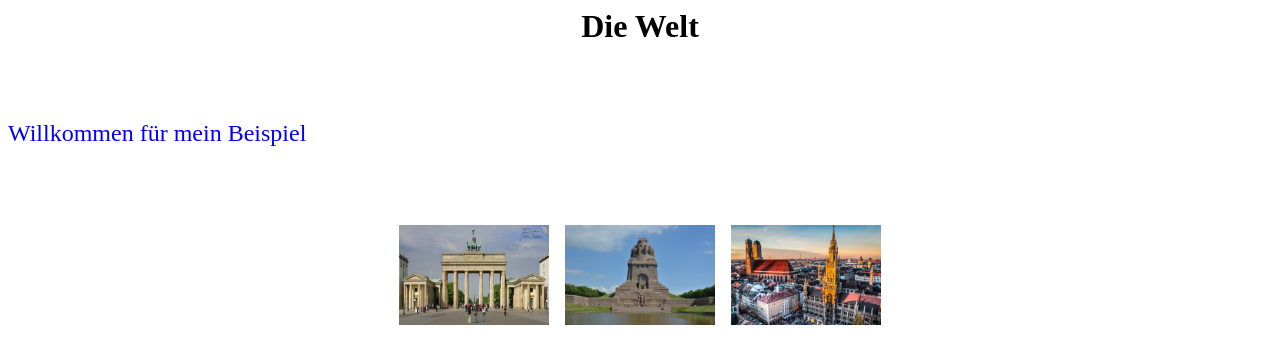
Repository: dasafo/PHP_MySQL_curso
Page: http://localhost/Practica1_42/cuba.php
These files come from the project's save history. The page is drawn as it stood at one moment and after the next save; the edit follows.
The browser window is 1280 px wide. The pictures show the whole page.
The page is run by PHP 8.4 with error messages shown; the project is at /var/www/html/.

Above is the page before, as saved 2018-11-10 18:18:36.

After the next save:
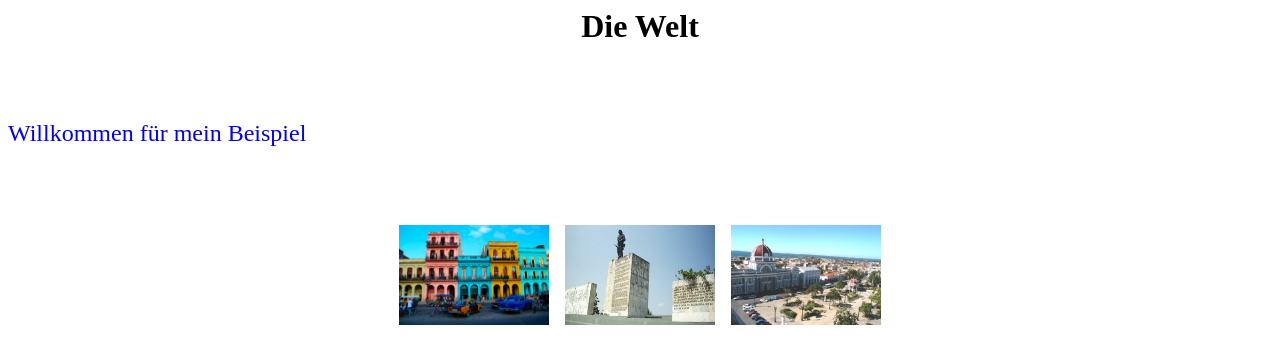
Saved 28 s later.
--- a/Sesiones&Cookies/Practica1_42/cuba.php
+++ b/Sesiones&Cookies/Practica1_42/cuba.php
@@ -35,9 +35,9 @@
     <table width="500" border="0" align="center">
 
    	<tr>
-   		<td> <img src="berlin.jpg" width="150" height="100"></td>
-      	<td><img src="leipzig.JPG" width="150" height="100"></td>
-      	<td><img src="Munich.jpg" width="150" height="100"></td>
+   		<td> <img src="habana.jpg" width="150" height="100"></td>
+      	<td><img src="clara.jpg" width="150" height="100"></td>
+      	<td><img src="cienfuegos.jpg" width="150" height="100"></td>
 
      </tr>
      <tr>
